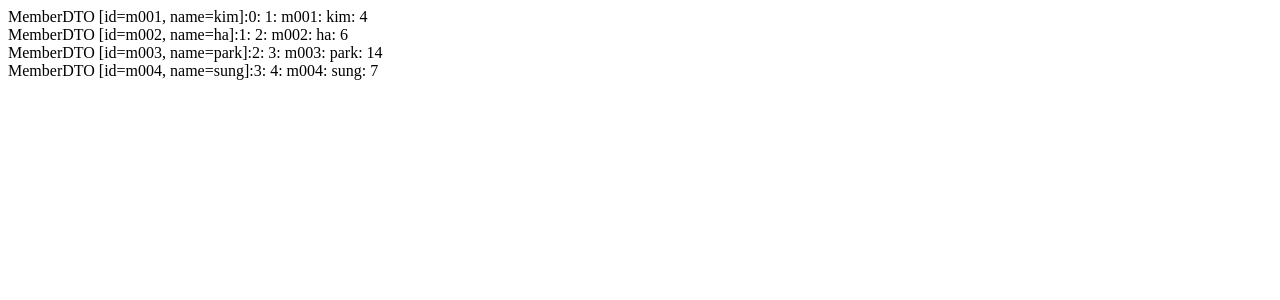
Repository: sanghshlsh/workspace_jsp
Page: http://localhost/Test060301/NewFile1.jsp
An editor plug-in stored every save of this project. The page is shown before and after the next save, followed by the edit.
The browser window is 1280 px wide. The pictures show the whole page.
The page is served by Tomcat 9.

Above is the page before, as saved 2020-06-03 08:10:30.

### Test060301/WebContent/NewFile1.jsp
<%@page import="java.util.ArrayList"%>
<%@page import="com.naver.MemberDTO"%>
<%@page import="java.util.List"%>
<%@ page language="java" contentType="text/html; charset=UTF-8"
    pageEncoding="UTF-8"%>
<%@ taglib uri="http://java.sun.com/jsp/jstl/core" prefix="c"%>
<%@ taglib uri="http://java.sun.com/jsp/jstl/fmt" prefix="fmt" %>
<%@ taglib uri="http://java.sun.com/jsp/jstl/functions" prefix="fn" %>

<!DOCTYPE html>
<html>
<head>
<meta charset="UTF-8">
<title>Insert title here</title>
</head>
<body>

	<%-- SelectCommand 상황--%>
	<%
		List<MemberDTO> list = new ArrayList<MemberDTO>();

		list.add(new MemberDTO("m001","kim",4,"1"));
		list.add(new MemberDTO("m002","ha",6,"1"));
		list.add(new MemberDTO("m003","park",14,"1"));
		list.add(new MemberDTO("m004","sung",7,"1"));

		pageContext.setAttribute("list", list);
	%>

	<c:forEach items="${list }" var="dto" varStatus="status">
	${status.current}:${status.index}: ${status.count}: ${dto.id }: ${dto.name }: ${dto.age }<br>

	</c:forEach>
</body>
</html>

### Test060301/src/com/naver/MemberDTO.java
package com.naver;

import java.io.Serializable;

public class MemberDTO implements Serializable{

	/**
	 *
	 */
	private static final long serialVersionUID = 1L;
	private String id;
	private String name;
	private int age;
	private String pw;

	public MemberDTO() {
		// TODO Auto-generated constructor stub
	}

	public MemberDTO(String id, String name, int age, String pw) {
		super();
		this.id = id;
		this.name = name;
		this.age = age;
		this.pw = pw;
	}

	public String getId() {
		return id;
	}

	public void setId(String id) {
		this.id = id;
	}

	public String getName() {
		return name;
	}

	public void setName(String name) {
		this.name = name;
	}

	public int getAge() {
		return age;
	}

	public void setAge(int age) {
		this.age = age;
	}

	public String getPw() {
		return pw;
	}

	public void setPw(String pw) {
		this.pw = pw;
	}

	public static long getSerialversionuid() {
		return serialVersionUID;
	}

	@Override
	public int hashCode() {
		final int prime = 31;
		int result = 1;
		result = prime * result + ((id == null) ? 0 : id.hashCode());
		return result;
	}

	@Override
	public boolean equals(Object obj) {
		if (this == obj)
			return true;
		if (obj == null)
			return false;
		if (getClass() != obj.getClass())
			return false;
		MemberDTO other = (MemberDTO) obj;
		if (id == null) {
			if (other.id != null)
				return false;
		} else if (!id.equals(other.id))
			return false;
		return true;
	}

	@Override
	public String toString() {
		return "MemberDTO [id=" + id + ", name=" + name + "]";
	}


}

After the next save:
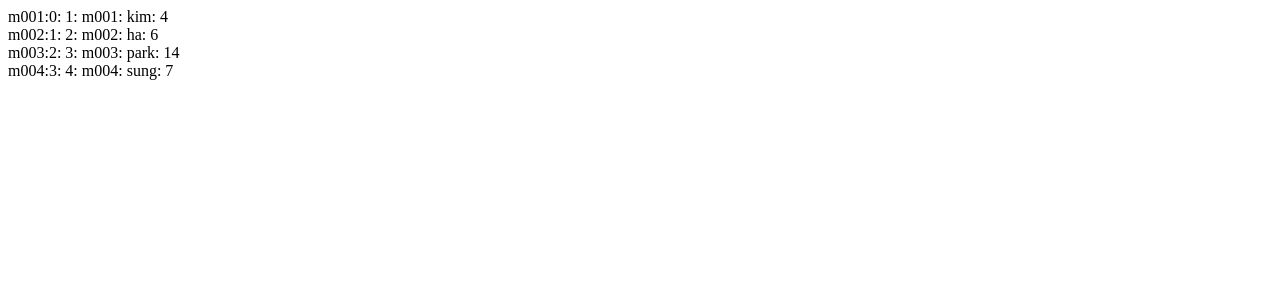
Saved 2 min 41 s later.
--- a/Test060301/WebContent/NewFile1.jsp
+++ b/Test060301/WebContent/NewFile1.jsp
@@ -28,7 +28,7 @@
 	%>
 
 	<c:forEach items="${list }" var="dto" varStatus="status">
-	${status.current}:${status.index}: ${status.count}: ${dto.id }: ${dto.name }: ${dto.age }<br>
+	${status.current.id}:${status.index}: ${status.count}: ${dto.id }: ${dto.name }: ${dto.age }<br>
 
 	</c:forEach>
 </body>

After the save that followed:
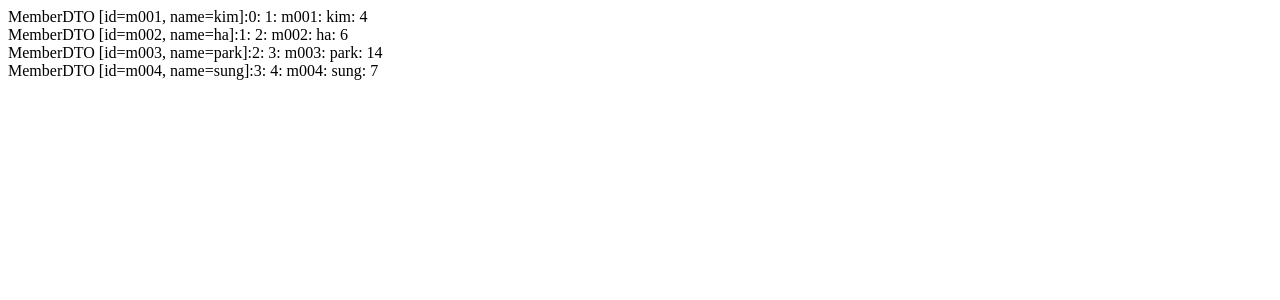
Saved 15 s later.
--- a/Test060301/WebContent/NewFile1.jsp
+++ b/Test060301/WebContent/NewFile1.jsp
@@ -28,7 +28,7 @@
 	%>
 
 	<c:forEach items="${list }" var="dto" varStatus="status">
-	${status.current.id}:${status.index}: ${status.count}: ${dto.id }: ${dto.name }: ${dto.age }<br>
+	${status.current }:${status.index}: ${status.count}: ${dto.id }: ${dto.name }: ${dto.age }<br>
 
 	</c:forEach>
 </body>
